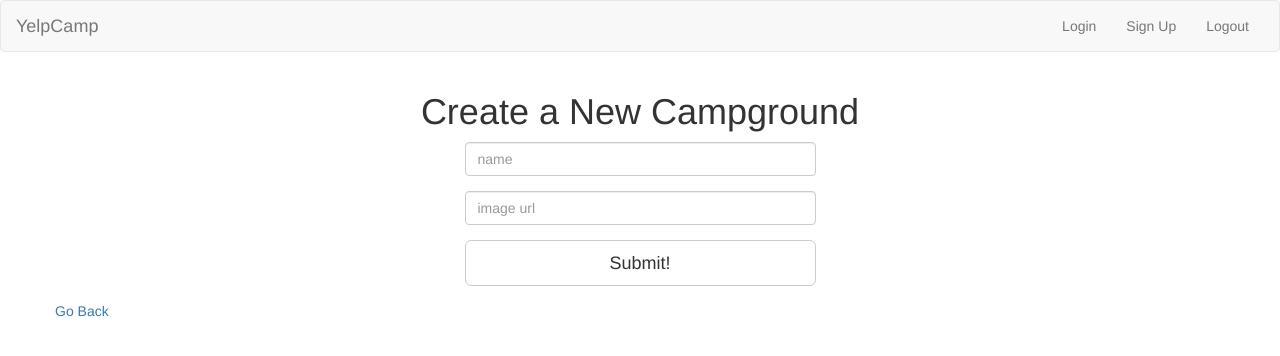
Repository: nax3t/webdevbootcamp
Page: http://localhost/campgrounds/new
The author's editor kept a record of every edit. The page is drawn from the files as they stood at one moment, then again after the next edit.
The browser window is 1280 px wide. The pictures show the whole page.
The page is served by the project's Node server (YelpCamp/v1/app.js).

Above is the page before.

### YelpCamp/v1/views/new.ejs
<% include partials/header %>
<div class="container">
    <div class="row">
        <h1 style="text-align: center">Create a New Campground</h1>
        <div style="width: 30%; margin: 0 auto;">
            <form action="/campgrounds" method="POST">
                <div class="form-group">
                    <input class="form-control" type="text" name="name" placeholder="name">
                </div>
                <div class="form-group">
                    <input class="form-control" type="text" name="image" placeholder="image url">
                </div>
                <div class="form-group">
                    <button class="btn btn-lg btn-default btn-block">Submit!</button>
                </div>
            </form>
        </div>
        <a href="/campgrounds">Go Back</a>
    </div>
</div>
<% include partials/footer %>

### YelpCamp/v1/views/partials/header.ejs
<!DOCTYPE html>
<html>
    <head>
        <title>YelpCamp</title>
        <link rel="stylesheet" href="https://maxcdn.bootstrapcdn.com/bootstrap/3.3.5/css/bootstrap.min.css">
    </head>
    <body>
    <nav class="navbar navbar-default">
        <div class="container-fluid">
            <div class="navbar-header">
                <a class="navbar-brand" href="/">YelpCamp</a>
            </div>
            <div class="collapse navbar-collapse">
                <ul class="nav navbar-nav navbar-right">
                    <li><a href="/">Login</a></li>
                    <li><a href="/">Sign Up</a></li>
                    <li><a href="/">Logout</a></li>
                </ul>
            </div>
        </div>
    </nav>

### YelpCamp/v1/app.js
var express = require("express");
var app = express();
var bodyParser = require("body-parser");

app.use(bodyParser.urlencoded({extended: true}));
app.set("view engine", "ejs");

var campgrounds = [
        {name: "Salmon Creek", image: "https://farm9.staticflickr.com/8442/7962474612_bf2baf67c0.jpg"},
        {name: "Granite Hill", image: "https://farm1.staticflickr.com/60/215827008_6489cd30c3.jpg"},
        {name: "Mountain Goat's Rest", image: "https://farm7.staticflickr.com/6057/6234565071_4d20668bbd.jpg"},
        {name: "Salmon Creek", image: "https://farm9.staticflickr.com/8442/7962474612_bf2baf67c0.jpg"},
        {name: "Granite Hill", image: "https://farm1.staticflickr.com/60/215827008_6489cd30c3.jpg"},
        {name: "Mountain Goat's Rest", image: "https://farm7.staticflickr.com/6057/6234565071_4d20668bbd.jpg"},
        {name: "Salmon Creek", image: "https://farm9.staticflickr.com/8442/7962474612_bf2baf67c0.jpg"},
        {name: "Granite Hill", image: "https://farm1.staticflickr.com/60/215827008_6489cd30c3.jpg"},
        {name: "Mountain Goat's Rest", image: "https://farm7.staticflickr.com/6057/6234565071_4d20668bbd.jpg"}
];

app.get("/", function(req, res){
    res.render("landing");
});

app.get("/campgrounds", function(req, res){
    res.render("campgrounds",{campgrounds:campgrounds});
});

app.post("/campgrounds", function(req, res){
    // get data from form and add to campgrounds array
    var name = req.body.name;
    var image = req.body.image;
    var newCampground = {name: name, image: image}
    campgrounds.push(newCampground);
    //redirect back to campgrounds page
    res.redirect("/campgrounds");
});

app.get("/campgrounds/new", function(req, res){
   res.render("new.ejs");
});

app.listen(process.env.PORT, process.env.IP, function(){
   console.log("The YelpCamp Server Has Started!");
});

Loaded but not shown: YelpCamp/v1/views/partials/footer.ejs (common file)

After the next edit:
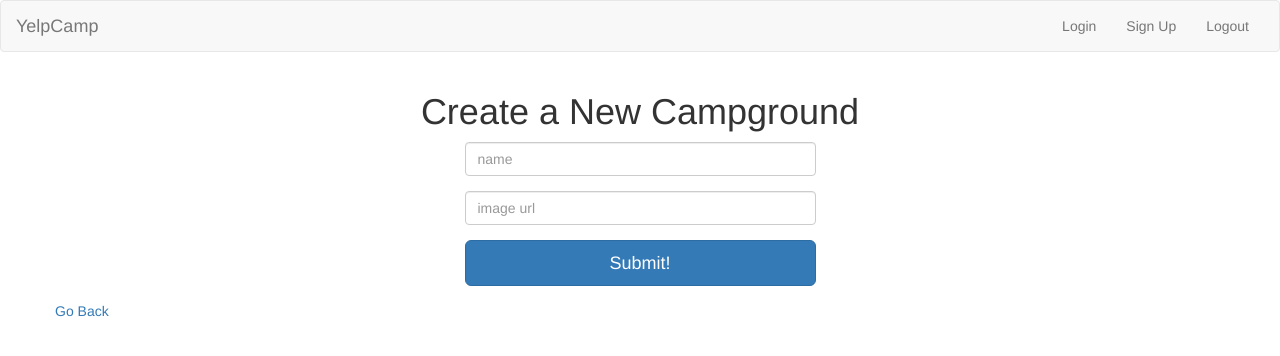
The edit:
--- a/YelpCamp/v1/views/new.ejs
+++ b/YelpCamp/v1/views/new.ejs
@@ -11,7 +11,7 @@
                     <input class="form-control" type="text" name="image" placeholder="image url">
                 </div>
                 <div class="form-group">
-                    <button class="btn btn-lg btn-default btn-block">Submit!</button>
+                    <button class="btn btn-lg btn-primary btn-block">Submit!</button>
                 </div>
             </form>
         </div>
